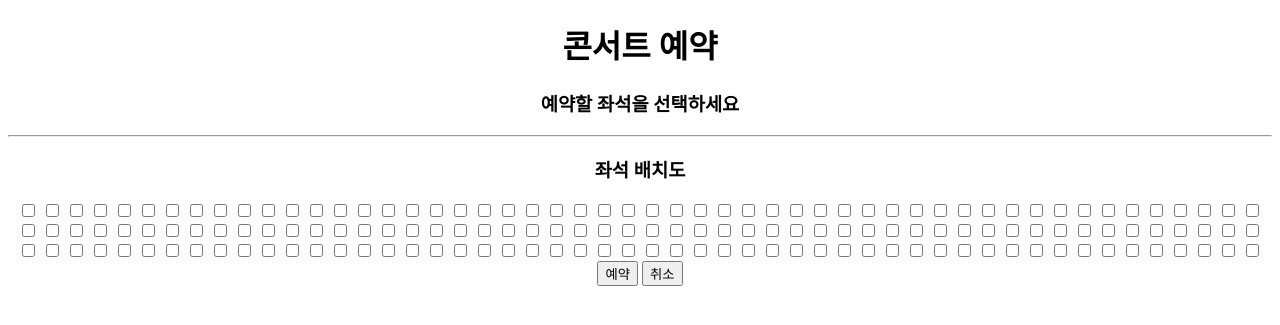
Repository: bbseok97/HTML
Page: http://localhost/jspbasic/application/reserve.jsp
The author's editor kept a copy of each file at every save. The page is drawn from the files as they stood at one save, then again after the next save.
The browser window is 1280 px wide. The pictures show the whole page.
The page is served by Tomcat 9.

Above is the page before, as saved 2024-04-09 03:00:36.

After the next save:
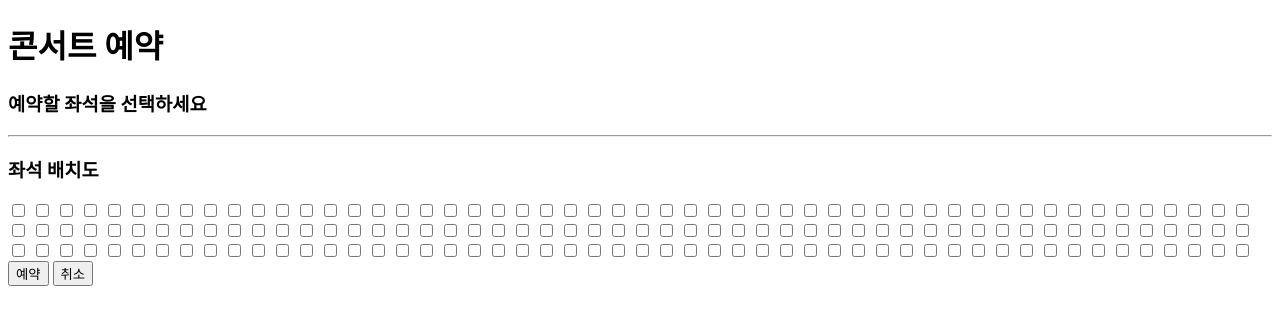
Saved 116 s later.
--- a/jspbasic/src/main/webapp/application/reserve.jsp
+++ b/jspbasic/src/main/webapp/application/reserve.jsp
@@ -8,10 +8,11 @@
 	<title>reserve.jsp</title>
 	</head>
 	<body>
-		<div style="text-align:center">
-		<form>
+		<div align=center">
 		<h1>콘서트 예약</h1>
 		<h3>예약할 좌석을 선택하세요</h3>
+
+		<form action="reserv_ok.jsp" method="post">
 		<hr>
 		<h3>좌석 배치도</h3>
 		<% for(int i=1; i <= 6; i++){ %>

After the save that followed:
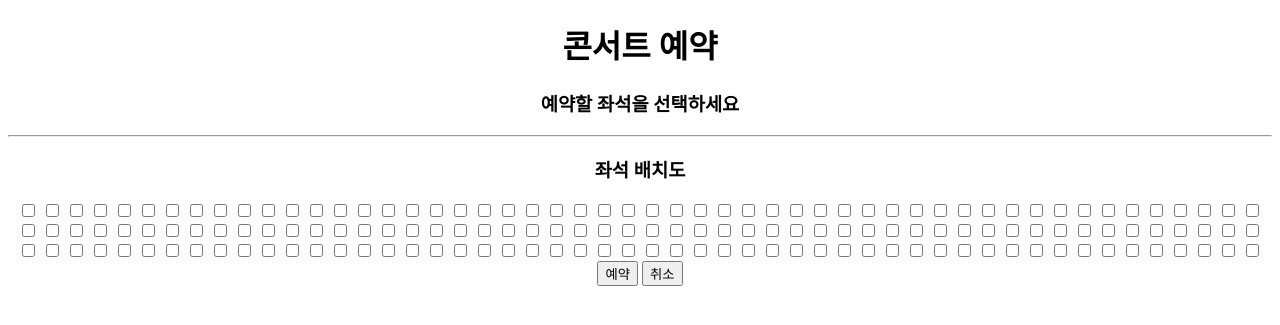
Saved 4 s later.
--- a/jspbasic/src/main/webapp/application/reserve.jsp
+++ b/jspbasic/src/main/webapp/application/reserve.jsp
@@ -8,7 +8,7 @@
 	<title>reserve.jsp</title>
 	</head>
 	<body>
-		<div align=center">
+		<div align=center>
 		<h1>콘서트 예약</h1>
 		<h3>예약할 좌석을 선택하세요</h3>
 
